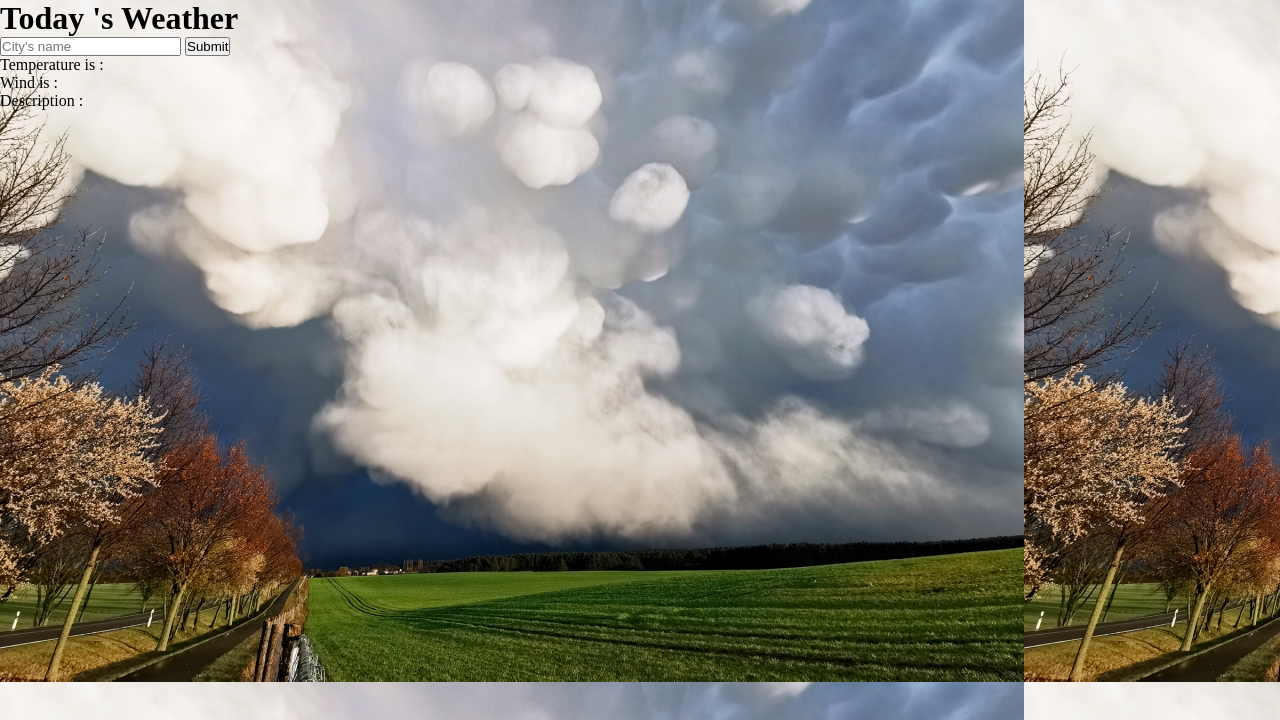
Repository: heartbreathing/searchWeather
Page: index.html
These files come from the project's save history. The page is drawn as it stood at one moment and after a run of saves; the edit follows.
The browser window is 1280 px wide. The pictures show the whole page.

Above is the page before, as saved 2022-11-06 17:41:21.

### index.html
<!DOCTYPE html>
<html lang="en">
  <head>
    <meta charset="UTF-8" />
    <meta http-equiv="X-UA-Compatible" content="IE=edge" />
    <meta name="viewport" content="width=device-width, initial-scale=1.0" />
    <title>search_weather</title>
    <link rel="stylesheet" href="index.css">
  </head>
  <body>
    <div class="content">
      <h1><span class="name">Today</span> 's Weather</h1>
      <form class="form">
        <input type="text" name="name" placeholder="City's name" />
        <button type="submit">Submit</button>
      </form>
      <p>Temperature is : <span class="temperature"></span></p>
      <p>Wind is :<span class="wind"></span></p>
      <p>Description :<span class="description"></span></p>
    </div>

  <script src="index.js"></script>


  </body>
</html>

### index.css
* {
    margin: 0;
    padding: 0;
    box-sizing: border-box ;
}
body {
    background-image: url(./image/background_image.jpg) ;
    font-size: ;
}

### index.js
    "use strict";
      let form = document.querySelector('.form');
      let city;

      async function getData() {
        let res = await fetch(
          `https://goweather.herokuapp.com/weather/${city}`
        );
        const data = await res.json();

        const temp = document.querySelector('.temperature');
        const wind = document.querySelector('.wind');
        const forecast = document.querySelector('.content');
        const description = document.querySelector('.description');

        temp.innerHTML = data.temperature;
        wind.innerHTML = data.wind;
        description.innerHTML = data.description;
      }

      form.addEventListener('submit', function (event) {
        event.preventDefault();
        city = this.elements.name.value;
        getData();
      });

After the next 3 saves:
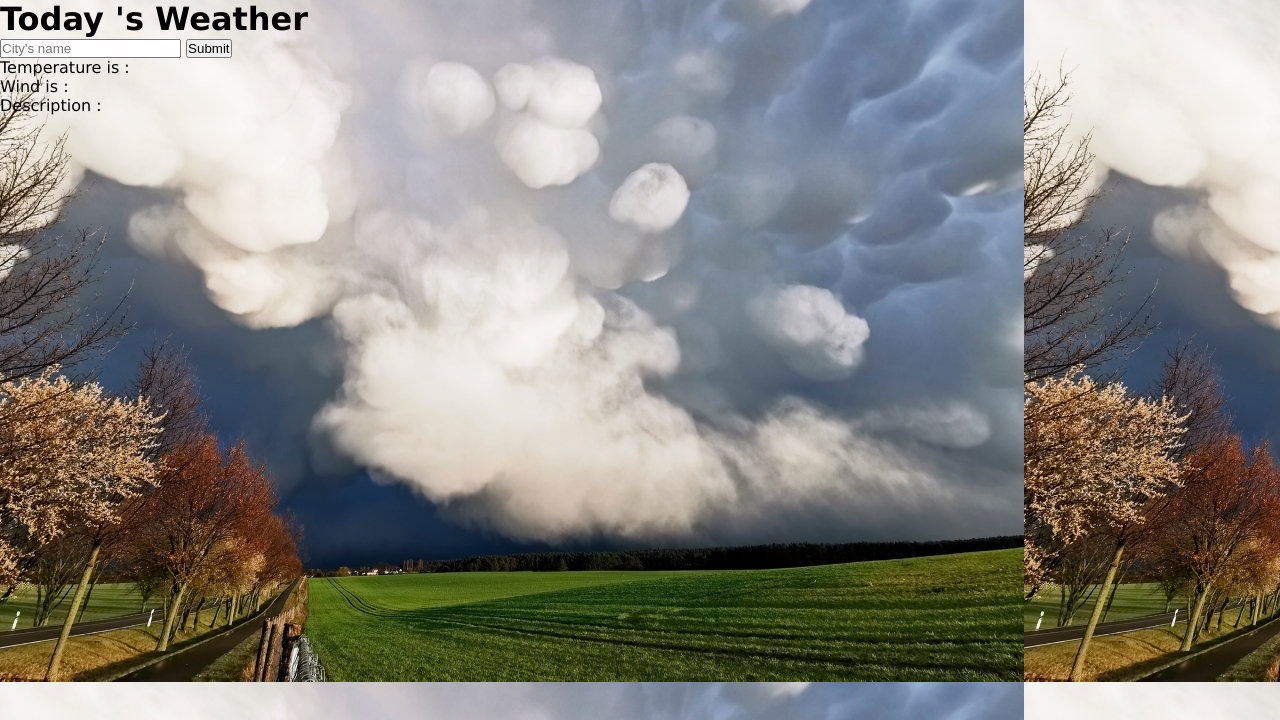
The 3 saves are shown as one change because they came seconds apart.
The last was saved 13 s later.
--- a/index.css
+++ b/index.css
@@ -5,5 +5,5 @@
 }
 body {
     background-image: url(./image/background_image.jpg) ;
-    font-size: ;
+    font-family: 'Lucida Sans', 'Lucida Sans Regular', 'Lucida Grande', 'Lucida Sans Unicode', Geneva, Verdana, sans-serif ;
 }
